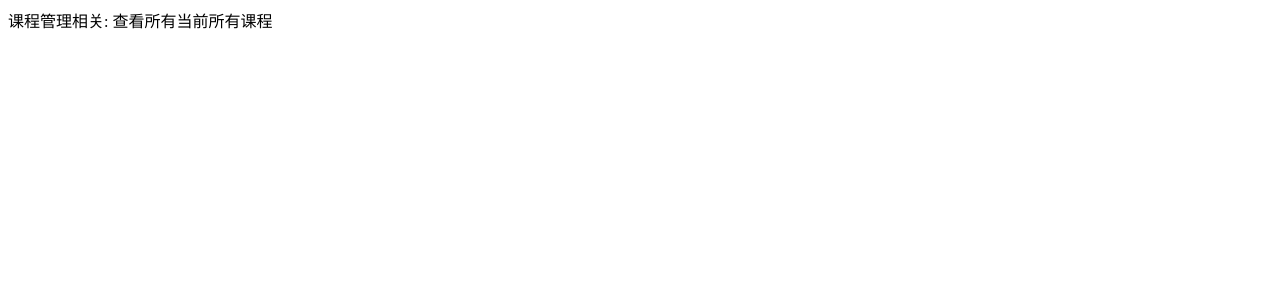
Repository: hbisheng/Academic-portal-website
Page: http://localhost/NewInfo/admin/index.jsp
An editor plug-in stored every save of this project. The page is shown before and after a run of saves, followed by the edit.
The browser window is 1280 px wide. The pictures show the whole page.
The page is served by Tomcat 9.

Above is the page before, as saved 2014-09-20 12:06:42.

After the next 3 saves:
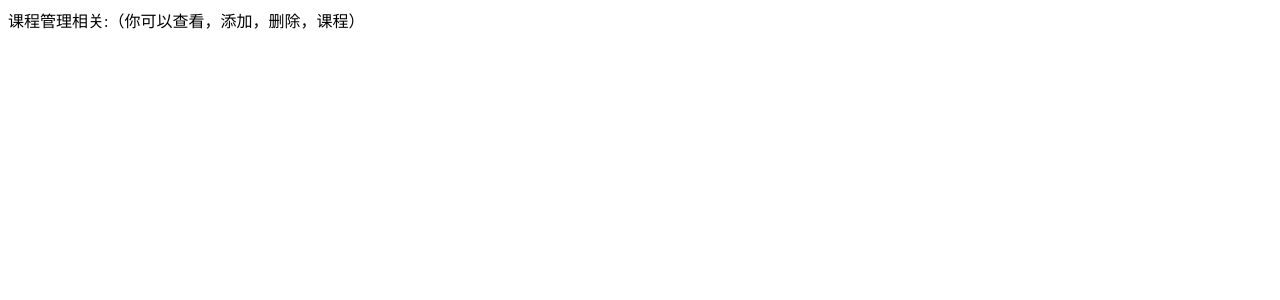
The 3 saves are shown as one change because they came seconds apart.
The last was saved 18 s later.
--- a/Java_info/NewInfo/WebContent/admin/index.jsp
+++ b/Java_info/NewInfo/WebContent/admin/index.jsp
@@ -7,9 +7,7 @@
 <title>Insert title here</title>
 </head>
 <body>
-课程管理相关:
-查看所有当前所有课程
-
+课程管理相关:（你可以查看，添加，删除，课程）
 
 
 </body>
